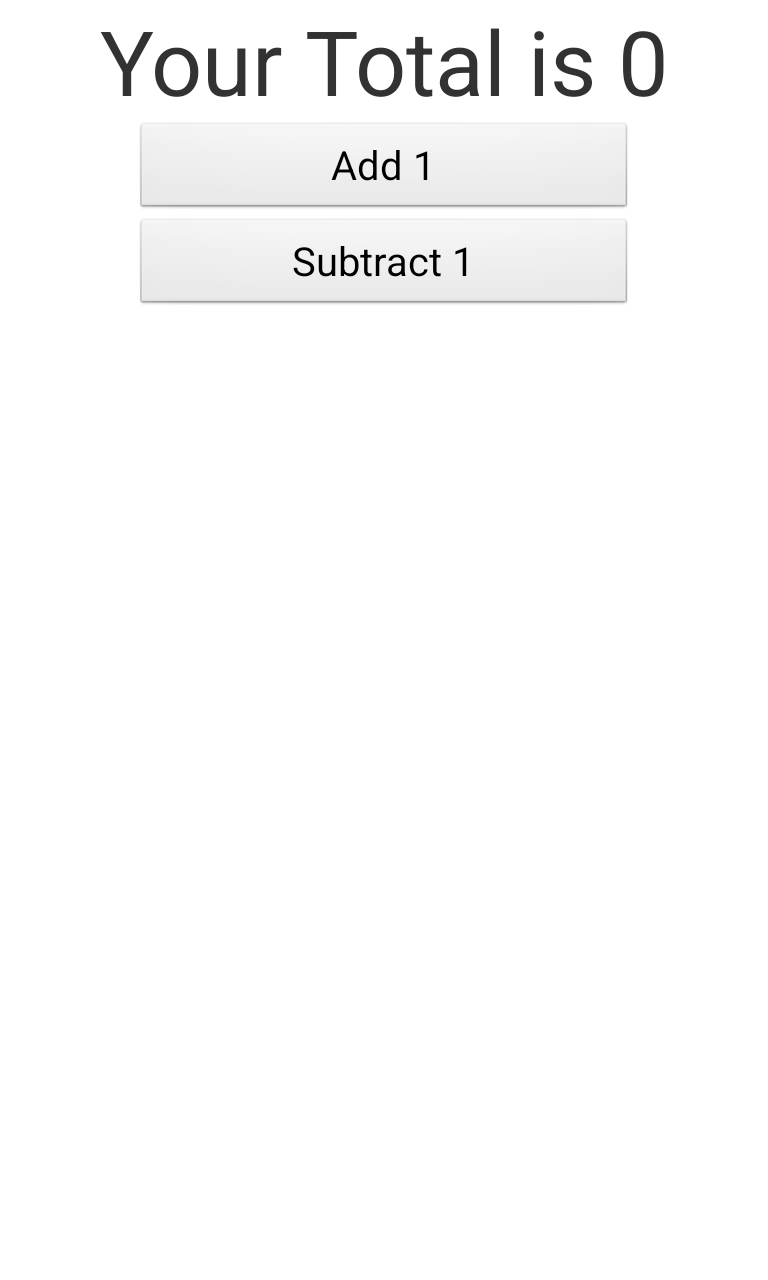
Repository: INBASD/Solar-Power-Project
Layout: Solar power calculator android/res/layout/activity_main.xml
The author's editor kept a copy of each file at every save. The layout is drawn from the files as they stood at one save, then again after the next save.
It is drawn on a 768 x 1280 px phone screen (xhdpi) without system bars, with theme AppTheme; the app's code is not run.

Above is the layout before, as saved 2012-08-27 10:41:12.

### Solar power calculator android/res/layout/activity_main.xml
<?xml version="1.0" encoding="utf-8"?>
<LinearLayout xmlns:android="http://schemas.android.com/apk/res/android"
    xmlns:tools="http://schemas.android.com/tools"
    android:orientation="vertical"
    android:layout_width="fill_parent"
    android:layout_height="fill_parent" >

    <TextView
        android:layout_width="fill_parent"
        android:layout_height="wrap_content"
        android:text="@string/total"
        android:textSize="45dp"
        android:layout_gravity="center"
        android:gravity="center"
        android:id="@+id/tvDisplay"/>


	    <Button
	        android:layout_width="250dp"
	        android:layout_height="wrap_content"
	        android:text="@string/add"
	        android:layout_gravity="center"
	        android:textSize="20dp"
	        android:id="@+id/bAdd"/>

	    <Button
	        android:layout_width="250dp"
	        android:layout_height="wrap_content"
	        android:text="@string/sub"
	        android:layout_gravity="center"
	        android:textSize="20dp"
	        android:id="@+id/bsub"/>

</LinearLayout>

### Solar power calculator android/res/values/strings.xml
<resources>

    <string name="app_name">Solar power calculator android</string>
    <string name="hello_world">Hello world!</string>
    <string name="menu_settings">Settings</string>
    <string name="title_activity_main">MainActivity</string>
    <string name="total">Your Total is 0</string>
    <string name="add">Add 1</string>
    <string name="sub">Subtract 1</string>

</resources>

Loaded but not shown: Solar power calculator android/res/values/styles.xml (common file)

After the next save:
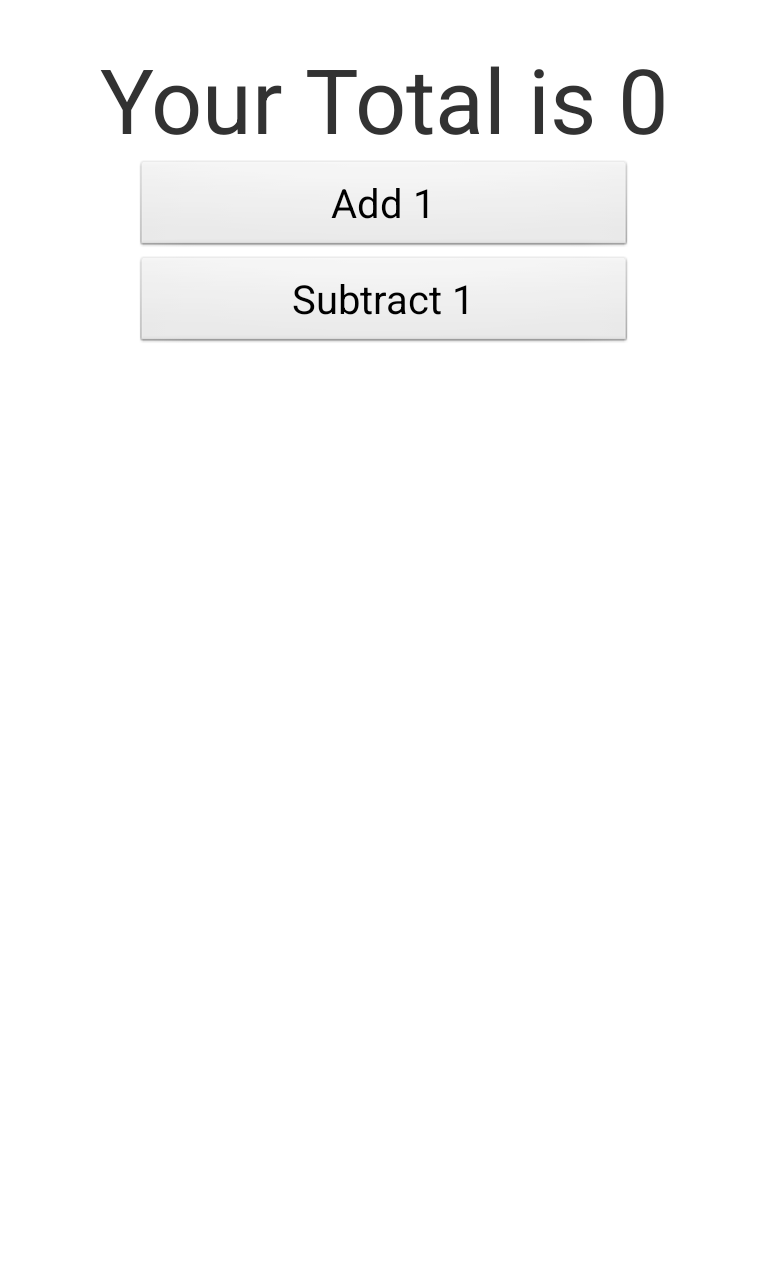
Saved 4 min 24 s later.
--- a/Solar power calculator android/res/layout/activity_main.xml
+++ b/Solar power calculator android/res/layout/activity_main.xml
@@ -5,6 +5,10 @@
     android:layout_width="fill_parent"
     android:layout_height="fill_parent" >
 
+    <TextView
+        android:layout_width="fill_parent"
+        android:layout_height="wrap_content"
+        />
     <TextView
         android:layout_width="fill_parent"
         android:layout_height="wrap_content"
